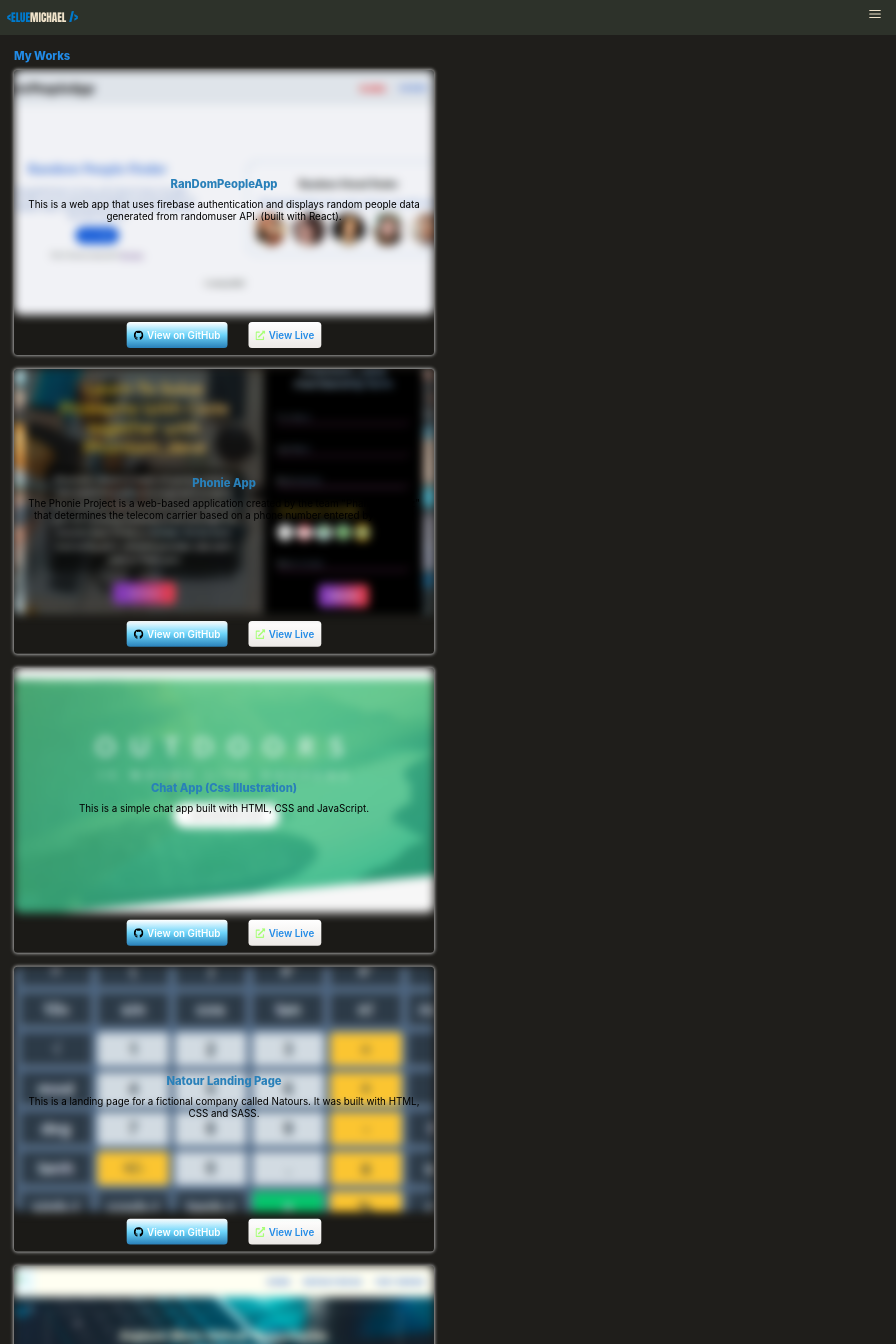
Repository: MikkyPrestige/portfolio
Page: /projects
These files come from the project's save history. The page is drawn as it stood at one moment and after the next save; the edit follows.
The browser window is 1280 px wide. The pictures show the part of the page from y = 0 to 1920 px (the page is 5651 px tall), at 70% of full size.
The project was rebuilt for these pictures with package versions that can differ from the ones it lists, and the page was loaded fresh each time. Also part of the build but not shown: src/components/avatar.jsx, src/components/home.jsx, src/components/about.jsx, src/components/fallback.jsx.

Above is the page before, as saved 2023-02-21 19:18:54.

### public/index.html
<!DOCTYPE html>
<html lang="en">
  <head>
    <meta charset="utf-8" />
    <link rel="icon" href="%PUBLIC_URL%/favicon.ico" />
    <meta name="viewport" content="width=device-width, initial-scale=1" />
    <meta name="theme-color" content="#000000" />
    <meta
      name="description"
      content="Web site created using create-react-app"
    />
    <link rel="apple-touch-icon" href="%PUBLIC_URL%/logo192.png" />
    <!--
      manifest.json provides metadata used when your web app is installed on a
      user's mobile device or desktop. See https://developers.google.com/web/fundamentals/web-app-manifest/
    -->
    <link rel="manifest" href="%PUBLIC_URL%/manifest.json" />
    <!--
      Notice the use of %PUBLIC_URL% in the tags above.
      It will be replaced with the URL of the `public` folder during the build.
      Only files inside the `public` folder can be referenced from the HTML.

      Unlike "/favicon.ico" or "favicon.ico", "%PUBLIC_URL%/favicon.ico" will
      work correctly both with client-side routing and a non-root public URL.
      Learn how to configure a non-root public URL by running `npm run build`.
    -->
    <title>Elue Michael Portfolio</title>
  </head>
  <body>
    <noscript>You need to enable JavaScript to run this app.</noscript>
    <div id="root"></div>
    <!--
      This HTML file is a template.
      If you open it directly in the browser, you will see an empty page.

      You can add webfonts, meta tags, or analytics to this file.
      The build step will place the bundled scripts into the <body> tag.

      To begin the development, run `npm start` or `yarn start`.
      To create a production bundle, use `npm run build` or `yarn build`.
    -->
  </body>
</html>

### src/assets/styles/sass/main.scss
@import 'abstracts/variables';
@import 'base/utilities';
@import 'base/base';
@import 'layouts/header';
@import 'pages/home';
@import 'pages/about';
@import 'pages/projects';
@import 'base/animation';

// @media (prefers-reduced-motion: no-preference) {
//   .App-logo {
//     animation: App-logo-spin infinite 20s linear;
//   }
// }

// @keyframes App-logo-spin {
//   from {
//     transform: rotate(0deg);
//   }
//   to {
//     transform: rotate(360deg);
//   }
// }

### src/components/layout.jsx
import React from "react";
import { MdClose } from "react-icons/md";
import { FiMenu } from "react-icons/fi";
import { useState } from "react";
import { NavLink } from "react-router-dom";

const Layout = () => {
  return (
    <div>
      <LayoutSmall />
      <LayoutLarge />
    </div>
  );
};

const CustomNavLink = ({ to, ...props }) => {
  let activeStyle = {
    color: "var(--color--green)",
    textDecoration: "underline",
  };

  return (
    <NavLink
      to={to}
      style={({ isActive }) =>
        isActive ? activeStyle : { textDecoration: "none" }
      }
      {...props}
    />
  );
};

const LayoutSmall = () => {
  const [showMenu, setShowMenu] = useState(false);

  const toggleMenu = () => {
    setShowMenu(!showMenu);
  };

  const closeMenu = () => {
    setShowMenu(false);
  };

  return (
    <div className="layout layout--small">
      <header className="layout--header">
        <div className="layout--header__title">
          <h1 className="layout--header__title__content">
            <span className="layout--header__title__content__span">{"<"}</span>
            <span className="layout--header__title__content__span--2">
              ELUE
            </span>
            MICHAEL{" "}
            <span className="layout--header__title__content__span">{"/>"}</span>
          </h1>
        </div>
        <nav className="layout--menu">
          <button className="layout--menu__button" onClick={toggleMenu}>
            {showMenu ? <MdClose /> : <FiMenu />}
          </button>
          <div className={`layout--menu__content ${showMenu ? "show" : ""}`}>
            <ul className="layout--menu__content__list">
              <li>
                <CustomNavLink
                  to="/"
                  onClick={closeMenu}
                  className="layout--menu__content__list__item"
                >
                  <span>#</span>Home
                </CustomNavLink>
              </li>
              <li>
                <CustomNavLink
                  to="/about"
                  onClick={closeMenu}
                  className="layout--menu__content__list__item"
                >
                  <span>#</span>About me
                </CustomNavLink>
              </li>
              <li>
                <CustomNavLink
                  to="/projects"
                  onClick={closeMenu}
                  className="layout--menu__content__list__item"
                >
                  <span>#</span>Projects
                </CustomNavLink>
              </li>
              <li>
                <CustomNavLink
                  to="/contact"
                  onClick={closeMenu}
                  className="layout--menu__content__list__item"
                >
                  <span>#</span>Contact
                </CustomNavLink>
              </li>
            </ul>
          </div>
        </nav>
      </header>
    </div>
  );
};

const LayoutLarge = () => {
  return (
    <div className="layout layout--large">
      <header className="layout--header">
        <div className="layout--title">
          <h1 className="layout--title__content">
            <span className="layout--title__content__span">{"<"}</span>
            <span className="layout--header__title__content__span--2">
              ELUE
            </span>
            MICHAEL<span className="layout--title__content__span">{"/>"}</span>
          </h1>
        </div>
        <div className="layout--menu">
          <ul className="layout--menu__list">
            <li className="layout--menu__list__item">
              <CustomNavLink to="/">Home</CustomNavLink>
            </li>
            <li className="layout--menu__list__item">
              <CustomNavLink to="/about">About me</CustomNavLink>
            </li>
            <li className="layout--menu__list__item">
              <CustomNavLink to="/projects">Projects</CustomNavLink>
            </li>
            <li className="layout--menu__list__item">
              <CustomNavLink to="/contact">Contact</CustomNavLink>
            </li>
          </ul>
        </div>
      </header>
    </div>
  );
};

export { Layout, LayoutSmall, LayoutLarge };

### src/assets/styles/sass/abstracts/_variables.scss
:root {
  --color-primary: #cc4600;
  --color-secondary: #bb45cb;
  --color-tertiary: #eefff8;

  // MARK UP
  --color--markup: #FF8303;
  // TEXT
  --color--text: #F0E3CA;

  // BACKGROUND
  --color--bg: #2D322A;
  --color--bg-light: #242320;
  --color--bg-dark: #1B1A17;
  --color--bg-dark-2: #1F1E1B;
  //DARK
  --color--dark: rgba(22, 22, 22, 1);
  --color--dark-1: rgba(34, 34, 34, 1);
  --color--dark-2: rgba(45, 45, 45, 1);
  --color--dark-3: rgba(51, 51, 51, 1);
  --color--dark-4: rgba(189, 189, 189, 1);
  //WHITE
  --color--white: rgba(255, 255, 255, 1);
  --color--white-1: rgba(240, 227, 202, 1);
  --color--white-2: #ece9e6;
  --color--white-op: rgba(240, 227, 202, 0.76);

  // GRAY
  --color--gray: #ABB2BF;

  --light-blue: rgba(97, 218, 251, 1);
  --light-blue--1: #3bc9db;
  --light-blue--2: #6dd5fa;
  --dark-blue: rgba(0, 122, 204, 1);
  --dark-blue--1: #2980b9;
  --blue-cyan: #228be6;
  --dark-blue-op: rgba(6, 6, 7, 0.82);

  --color--green: rgba(131, 205, 41, 1);

  //Font size
  --font-size: 1rem;
  --font-size--small: 1.2rem;
  --font-size--medium: 1.4rem;
  --font-size--large: 1.6rem;
  --font-size--x-large: 1.8rem;
  --font-size--xx-large: 2rem;
  // ICON FONTS
  --font-size--icon: 3rem;
  --font-size--icon-1: 3.5rem;
  --font-size--icon-2: 4rem;


  //Font family
  --font-family: 'Roboto', sans-serif;
  --font--family--primary: 'Inter', sans-serif;
  --font-family--secondary: 'Inconsolata', monospace;
  --font-family--tertiary: 'Impact', sans-serif;
  --font-family--2: 'Fira Code', monospace;

  // FONT WEIGHT
  --font-weight--light: 300;
  --font-weight--regular: 400;
  --font-weight--medium: 600;
  --font-weight--bold: 800;
  --font-weight--boldest: 900;
}

### src/assets/styles/sass/base/_utilities.scss
.github-link-bg {
  background: linear-gradient(to top, var(--dark-blue--1), var(--light-blue--2), var(--color--white));
}

.live-link-bg {
  background: linear-gradient(to top, var(--color--white-2), var(--color--white));
}

.blue-markup {
  color: var(--blue-cyan) !important;
}

### src/assets/styles/sass/base/_base.scss
*,
*::after,
*::before {
  margin: 0;
  padding: 0;
  box-sizing: border-box;
}

html {
  font-size: 62.5%;
  font-family: var(--font-family);
  color: var(--color-white);
  background-color: var(--color--bg);
}

::selection {
  background-color: var(--color-primary);
  color: var(--color-white);
}

### src/assets/styles/sass/layouts/_header.scss
.layout {
  width: 100%;
  height: 5rem;

  &--header {
    display: flex;
    justify-content: space-between;
    align-items: center;
    padding: 1rem;

    &__title {
      text-align: center;

      &__content {
        color: var(--color--text);
        font-family: var(--font-family--tertiary);
        font-size: var(--font-size--large);
        font-weight: var(--font-weight--regular);
        position: absolute;
        z-index: 1000;

        &__span {
          color: var(--dark-blue);
          font-size: var(--font-size--x-large);

          &--2 {
            color: var(--dark-blue);
          }
        }
      }
    }
  }

  &--menu {
    position: relative;

    &__button {
      position: fixed;
      top: 1rem;
      right: 2rem;
      z-index: 10;
      background-color: var(--color--bg);
      color: var(--color--text);
      border: none;
      font-size: var(--font-size--xx-large);
      font-weight: var(--font-weight--bold);
      cursor: pointer;
    }

    &__content {
      position: fixed;
      top: 0;
      right: 0;
      width: 0;
      max-width: 100%;
      height: 85%;
      background-color: var(--color--bg-dark);
      z-index: 5;
      overflow: hidden;

      &.show {
        width: 100%;
        transition: all 1s ease-in-out;
        -webkit-transition: all 1s ease-in-out;
        -moz-transition: all 1s ease-in-out;
        -ms-transition: all 1s ease-in-out;
        -o-transition: all 1s ease-in-out;
      }

      &__list {
        list-style: none;
        display: flex;
        flex-direction: column;
        justify-content: center;
        align-items: center;
        gap: 5rem;
        padding: 0;
        margin-top: 8rem;

        &__item {
          color: var(--dark-blue);
          font-family: var(--font-family--secondary);
          font-size: var(--font-size--large);
          font-weight: var(--font-weight--bold);
          font-style: normal;
          text-transform: capitalize;
          cursor: pointer;
          transition: all 1s ease-in-out;
          -webkit-transition: all 1s ease-in-out;
          -moz-transition: all 1s ease-in-out;
          -ms-transition: all 1s ease-in-out;
          -o-transition: all 1s ease-in-out;

          &:hover,
          &:active {
            color: var(--color--text);
          }

          span {
            color: var(--color--white-1);
          }
        }
      }
    }
  }


  &--large {
    display: none;
  }
}

### src/assets/styles/sass/pages/home.scss
.home {
  width: 100%;
  height: 100vh;
  background: radial-gradient(100% 100% at 50% 100%, var(--color--bg-dark-2) 21.52%, var(--color--bg-dark) 100%);

  &--contents {
    display: flex;
    flex-direction: column;
    justify-content: center;
    align-items: center;
    padding: 3rem 5rem;
    gap: 3rem;
  }

  &--content {
    display: flex;
    flex-direction: column;
    align-items: flex-start;
    padding: 0;
    gap: .5rem;

    &__title {
      font-family: var(--font-family--secondary);
      font-size: var(--font-size--x-large);
      font-weight: var(--font-weight--boldest);
      color: var(--dark-blue);
    }

    &__subtitle {
      font-family: var(--font-family--secondary);
      font-size: var(--font-size--large);
      font-weight: var(--font-weight--bold);
      color: var(--color--text);
    }

    &__desc {
      font-family: var(--font-family--secondary);
      font-size: var(--font-size--small);
      font-weight: var(--font-weight--regular);
      color: var(--color--white-1);
    }
  }

  &--avatar {
    border-radius: 5%;
    -webkit-border-radius: 5%;
    -moz-border-radius: 5%;
    -ms-border-radius: 5%;
    -o-border-radius: 5%;
    background-image: radial-gradient(circle, var(--blue-cyan) 5%, var(--light-blue--1) 95%);
  }
}

### src/assets/styles/sass/pages/_about.scss
.about {
  width: 100%;
  height: 100%;
  background-color: var(--color--bg-dark-2);
  color: var(--color--gray);

  &--wrapper {
    display: flex;
    flex-direction: column;
    justify-content: center;
    align-items: center;
    gap: 1rem;
  }

  &--desc {
    padding: 5rem;
    display: flex;
    flex-direction: column;
    justify-content: center;
    align-items: center;
    gap: 5rem;
  }

  &--img {
    position: relative;

    &__content1 {
      width: 3rem;
      height: 3rem;
      position: absolute;
      top: 0;
      left: 0;
      background: var(--dark-blue);
      transform: rotate(51.88deg);
    }

    &__content2 {
      width: 3rem;
      height: 3rem;
      position: absolute;
      top: 0;
      left: 0;
      background: var(--color--white-op);
    }
  }

  &--content {
    display: flex;
    flex-direction: column;
    justify-content: center;
    align-items: flex-start;
    gap: 2rem;
    font-family: var(--font-family--2);

    &__title {
      line-height: 2;

      &__head {
        font-size: var(--font-size--x-large);
        font-weight: var(--font-weight--medium);
      }

      &__span {
        color: var(--dark-blue);
      }

      &__subhead {
        font-size: var(--font-size--medium);
        font-weight: var(--font-weight--regular);
      }
    }

    &__text {
      padding-left: 3rem;
      line-height: 1.5;
      color: var(--color--text);

      &__head {
        font-size: var(--font-size--large);
        font-weight: var(--font-weight--regular);

        &__name {
          color: var(--blue-cyan);
          font-weight: var(--font-weight--medium);
        }
      }

      &__desc {
        font-size: var(--font-size--small);
        font-weight: var(--font-weight--regular);
      }
    }
  }

  &--skills {
    display: flex;
    flex-direction: column;
    justify-content: center;
    align-items: center;
    gap: 2rem;

    &__title__head {
      font-size: var(--font__title -size--x-large);
      font-weight: var(--font-weight--medium);
      color: var(--dark-blue);
      text-transform: capitalize;
    }

    &__icon {
      font-size: var(--font-size--medium);
      color: var(--color--white-1);
    }

    &__content {
      display: flex;
      flex-direction: column;
      align-items: flex-start;
      gap: 2rem;
      padding: 0;
      width: 100%;

      &__items {
        display: grid;
        grid-template-columns: repeat(2, 1fr);
        gap: 2rem 5rem;
        width: 100%;
        padding: 1rem 3rem;
        border-radius: 1rem;
        background-color: var(--color--bg-dark);

        &__card {
          display: flex;
          flex-direction: column;
          justify-content: center;
          align-items: center;
          padding: 1rem;
          width: 10rem;
          border-radius: 1rem;
          -webkit-border-radius: 1rem;
          -moz-border-radius: 1rem;
          -ms-border-radius: 1rem;
          -o-border-radius: 1rem;

          &__icon {
            font-size: var(--font-size--icon-2);
          }

          &__text {
            font-family: var(--font-family--secondary);
            font-size: var(--font-size--medium);
            font-weight: var(--font-weight--medium);
            color: var(--color--white-1);
          }
        }
      }
    }
  }
}

### src/assets/styles/sass/pages/_projects.scss
.project {
  padding: 2rem;
  background-color: var(--color--bg-dark-2);

  &--title {
    font-family: var(--font--family--secondary);
    font-size: var(--font-size--large);
    font-weight: var(--font-weight--bold);
    color: var(--blue-cyan);
    margin-bottom: 1rem;
  }

  &--wrapper {
    display: grid;
    grid-template-columns: repeat(1, 1fr);
    gap: 2rem;
    width: 100%;
  }

  &--card {
    background-color: var(--color--bg-dark);
    // margin: auto;
    padding: 1rem;
    border-radius: 0.5rem;
    box-shadow: 0 0 0.5rem 0.1rem var(--color--dark-4);
    transition: all 0.3s ease-in-out;
    position: relative;
    display: flex;
    flex-direction: column;
    justify-content: center;
    align-items: center;
    // height: 100%;
    max-width: 60rem;
    overflow-y: hidden;

    &:hover {
      transform: translateY(-0.5rem);
      box-shadow: 0 0 0.5rem 0.1rem var(--color--dark-4);
    }

    &__blur {
      position: absolute;
      top: 0;
      left: 0;
      width: 100%;
      height: 35rem;
      border-radius: 1rem;
      background-size: cover;
      background-position: center;
      background-repeat: no-repeat;
      filter: blur(0.7rem);
      //z-index: 1;

      &-1 {
        background-image: url(../../../images/randomApp.jpeg);
      }

      &-2 {
        background-image: url(../../../images/phonieApp.jpeg);
      }

      &-3 {
        background-image: url(../../../images/natours.jpeg);
      }

      &-4 {
        background-image: url(../../../images/calculator.jpeg);
      }

      &-5 {
        background-image: url(../../../images/repoApp.jpeg);
      }

      &-6 {
        background-image: url(../../../images/fylo.jpeg);
      }

      &-7 {
        background-image: url(../../../images/orderCard.jpeg);
      }

      &-8 {
        background-image: url(../../../images/phonyApp.jpeg);
      }

      &-9 {
        background-image: url(../../../images/ratingApp.jpeg);
      }

      &-10 {
        background-image: url(../../../images/chatAppCss.jpeg);
      }

      &-11 {
        background-image: url(../../../images/trillo.jpeg);
      }

      &-12 {
        background-image: url(../../../images/statsCard.jpeg);
      }

      &-13 {
        background-image: url(../../../images/phonyApp.jpeg);
      }

      &-14 {
        background-image: url(../../../images/shoebrand.jpeg);
      }
    }

    &__content {
      height: 35rem;
      width: 100%;
      display: flex;
      flex-direction: column;
      justify-content: center;
      align-items: center;
      gap: 1rem;
      position: relative;
      top: 0;
      left: 0;
      // z-index: 10;

      &__title {
        font-family: var(--font--family--secondary);
        font-size: var(--font-size--large);
        font-weight: var(--font-weight--bold);
        color: var(--dark-blue--1);
      }

      &__desc {
        font-family: var(--font--family--secondary);
        font-size: var(--font-size--medium);
        font-weight: var(--font-weight--regular);
        color: var(--);
        text-align: center;
      }
    }

    &__links {
      display: flex;
      align-items: center;
      gap: 3rem;

      &__link {
        text-decoration: none;
        padding: 1rem;
        border-radius: 0.5rem;
        font-family: var(--font--family--secondary);
        font-size: var(--font-size--medium);
        font-weight: var(--font-weight--medium);
        color: var(--color--white);
        transition: all 0.3s ease-in-out;
        display: inline-flex;
        align-items: center;
        gap: .5rem;

        &:hover,
        &:focus {
          outline: none;
          animation: Heartbeat 1s infinite;
          -webkit-animation: Heartbeat 1s infinite;
}
      }
    }
  }
}

### src/assets/styles/sass/base/_animation.scss
//  INFINITE HEARTBEAT PAUSE ANIMATION

@keyframes Heartbeat {
  0% {
    transform: scale(1);
    -webkit-transform: scale(1);
    -moz-transform: scale(1);
    -ms-transform: scale(1);
    -o-transform: scale(1);
  }

  50% {
    transform: scale(1.05);
    -webkit-transform: scale(1.05);
    -moz-transform: scale(1.05);
    -ms-transform: scale(1.05);
    -o-transform: scale(1.05);
  }

  100% {
    transform: scale(1);
    -webkit-transform: scale(1);
    -moz-transform: scale(1);
    -ms-transform: scale(1);
    -o-transform: scale(1);
  }
}

Loaded but not shown: src/index.css (common file); src/reportWebVitals.js (common file); src/index.js (21 lines, source omitted); src/App.js (22 lines, source omitted); src/components/projects.jsx (437 lines, source omitted)

After the next save:
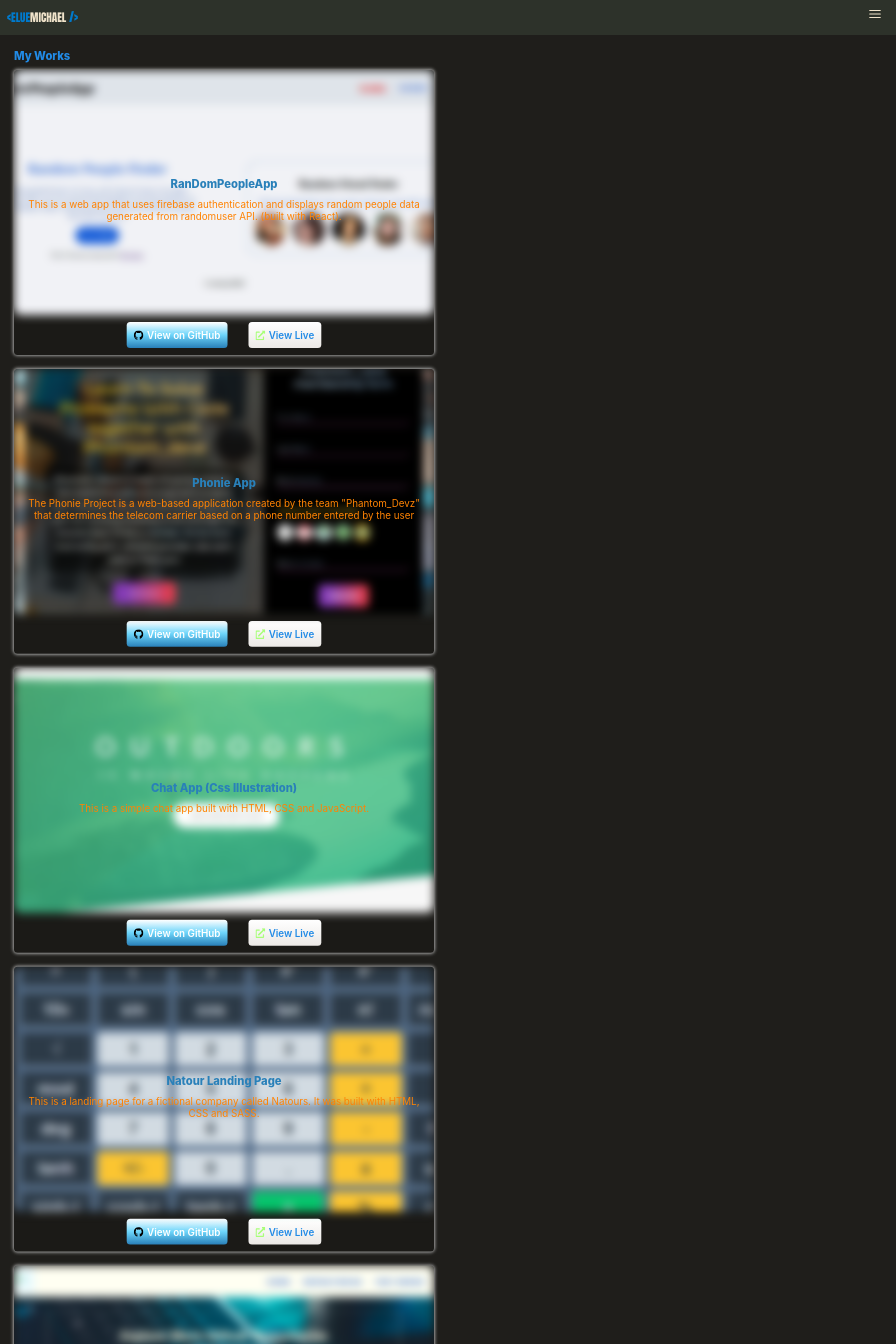
Saved 20 s later.
--- a/src/assets/styles/sass/pages/_projects.scss
+++ b/src/assets/styles/sass/pages/_projects.scss
@@ -132,7 +132,7 @@
         font-family: var(--font--family--secondary);
         font-size: var(--font-size--medium);
         font-weight: var(--font-weight--regular);
-        color: var(--);
+        color: var(--color--markup);
         text-align: center;
       }
     }
